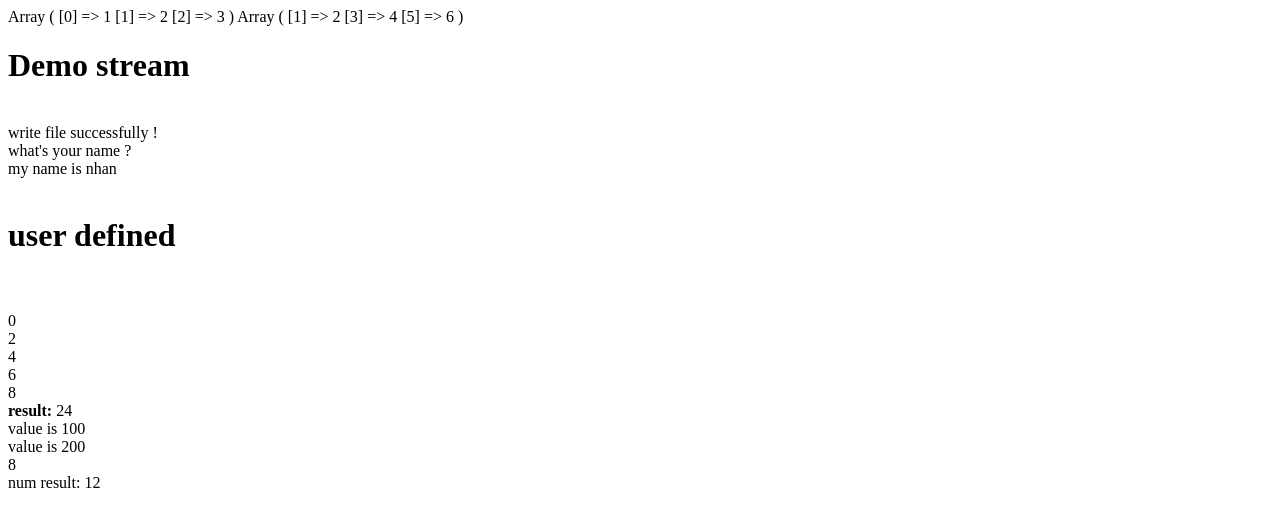
Repository: HoangLinh2001/PHP
Page: http://localhost/demoFunction.php
These files come from the project's save history. The page is drawn as it stood at one moment and after the next save; the edit follows.
The browser window is 1280 px wide. The pictures show the whole page.
The page is run by PHP 8.4 with error messages shown; the project is at /var/www/html/.

Above is the page before, as saved 2023-06-20 19:20:29.

### DEMOPHPBUOI2/demoFunction.php
<?php
$myArray = [1, 2, 3, 4, 5];
array_push($myArray, 6, 7);
array_pop($myArray);
array_shift($myArray);
array_unshift($myArray, 9);
$array2 = [4, 8, 3];
$mergedArray = array_merge($myArray, $array2);
$myArray2 = [1, 2, 3, 4, 5];
$sliceArray = array_slice($myArray2, 0, 3);
print_r($sliceArray);
// array filter
$filterNumber = array_filter($myArray, function ($num) {
    return $num % 2 == 0;
});
print_r($filterNumber);
echo "<br> <h1>Demo stream</h1> <br/>";
$filePath = "example.txt";
// write content to the file
$fileHandle = fopen($filePath, "w");
if ($fileHandle) {
    $contentToWrite = "<br>what's your name ? <br> my name is nhan \n";
    fwrite($fileHandle, $contentToWrite);
    fclose($fileHandle);
    echo "write file successfully ! \n";
} else {
    echo "fail to open the file for writing \n";
}

// read the content from the file
$fileHandle = fopen($filePath, "r");
if ($fileHandle) {
    while (($line = fgets($fileHandle)) !== false) {
        echo $line . "<br/>";
    }
    fclose($fileHandle);
} else {
    echo "fail to open the file for reading";
}

echo "<br><h1>user defined </h1></br>";
function even_number()
{
    for ($i = 0; $i < 10; $i++) {
        if ($i % 2 == 0) {
            echo "<br>", $i;
        }
    }
}

even_number();

function number($num1, $num2, $num3)
{
    $result = $num1 * $num2 * $num3;
    echo "<br> <b>result: </b>", $result;
}

number(2, 3, 4);

// default argument value
function value(int $number = 100)
{
    echo "</br> value is ", $number;
}
value();
value(200);

// return type
function add_number(float $a, float $b): int
{
    $c = $a + $b;
    return $c;
}

echo "<br>" . add_number(5.5, 3.3);

// argument reference
function add(&$value)
{
    $value += 10;
}
$num_result = 2;
add($num_result);
echo "</br> num result: " . $num_result;
?>

### DEMOPHPBUOI2/example.txt
what's your name ?
hello

After the next save:
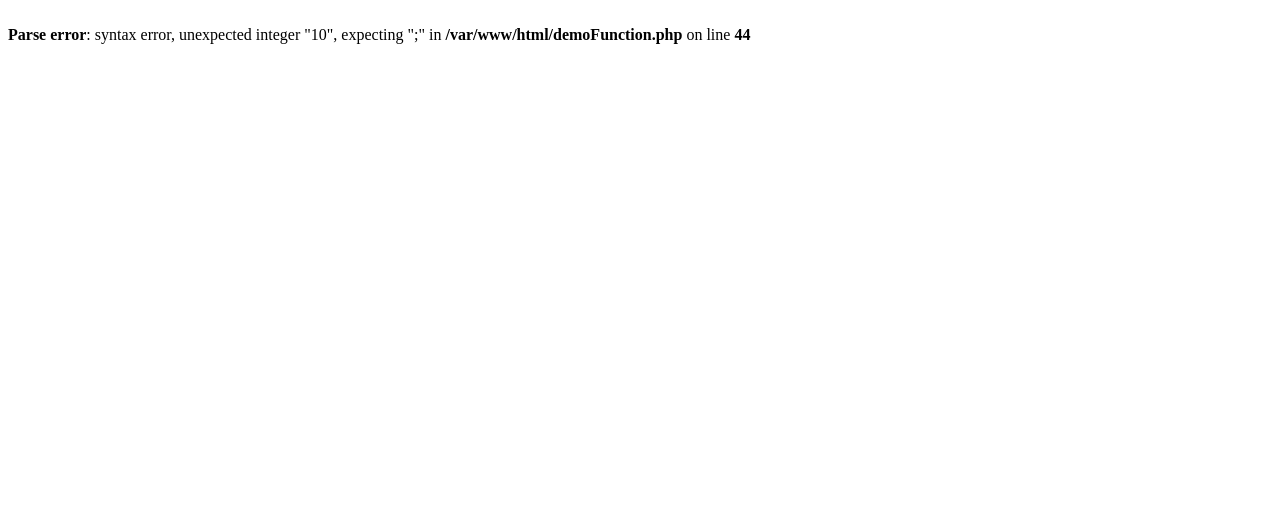
Saved 5 min 8 s later.
--- a/DEMOPHPBUOI2/demoFunction.php
+++ b/DEMOPHPBUOI2/demoFunction.php
@@ -41,7 +41,7 @@ if ($fileHandle) {
 echo "<br><h1>user defined </h1></br>";
 function even_number()
 {
-    for ($i = 0; $i < 10; $i++) {
+    for ($i = 0; $i <br 10; $i++) {
         if ($i % 2 == 0) {
             echo "<br>", $i;
         }
@@ -83,4 +83,8 @@ function add(&$value)
 $num_result = 2;
 add($num_result);
 echo "</br> num result: " . $num_result;
+
+//data() function
+$today = date("d/m/Y/l");
+echo "</br> today: " . $today;
 ?>
